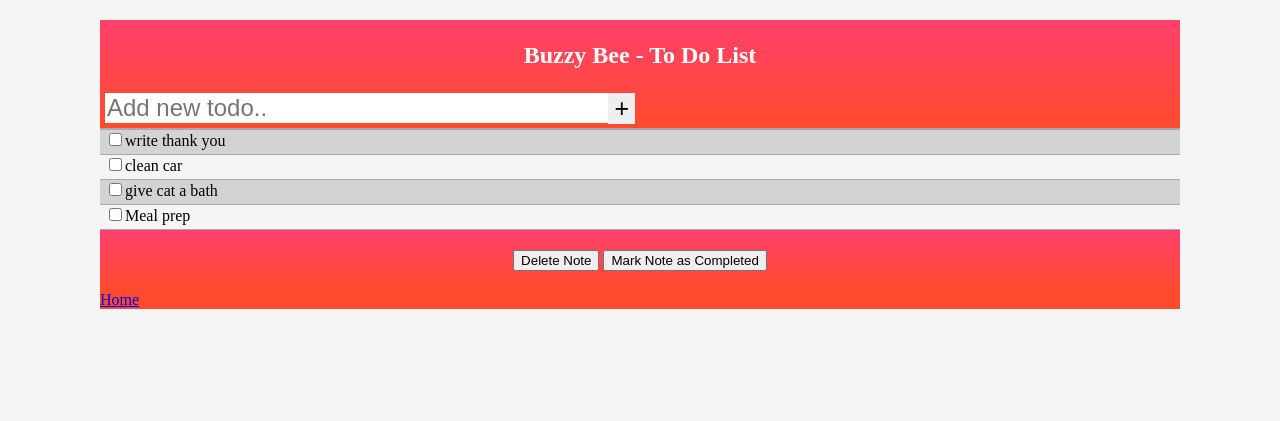
Repository: seleniadelgado/backend-spring2020-angie
Page: projects/todo/public_html/index.html
An editor plug-in stored every save of this project. The page is shown before and after the next save, followed by the edit.
The browser window is 1280 px wide. The pictures show the whole page.
The page's requests for data from a server got no answer.

Above is the page before, as saved 2020-05-12 22:26:55.

### projects/todo/public_html/index.html
<!DOCTYPE html>

<html lang="en">
    <head>
        <meta charset="utf-8">
        <title>Buzzy Bee - To Do List</title>
        <meta name="description" content="The HTML5 Herald">
        <meta name="author" content="SitePoint">
        <link rel="stylesheet" href="styles.css">
        <script
            src="https://code.jquery.com/jquery-3.5.0.min.js"
            integrity="sha256-xNzN2a4ltkB44Mc/Jz3pT4iU1cmeR0FkXs4pru/JxaQ="
            crossorigin="anonymous">
        </script>
</head>
<body>
    <main>
    <div class="sectionTitle">
        <div class="appTitle">
            <h2>Buzzy Bee - To Do List</h2>
        </div>
        <div id="addNote">
            <input type="text" id="newNote" placeholder="Add new todo..">
            <button id="addBtn" type="button">+</button>
        </div>
    </div>

    <ul id="myList">
        <li><label><input type="checkbox"><span>write thank you</span></label></li>
        <li><label><input type="checkbox"><span>clean car</span></label></li>
        <li><label><input type="checkbox"><span>give cat a bath</span></label></li>
        <li><label><input type="checkbox"><span>Meal prep</span></label></li>
    </ul>
    <div class="buttonsArea">
        <button type="button">Delete Note</button>
        <button type="button">Mark Note as Completed</button>
    </div>

</main>




















    <a href="http://localhost:3000/">Home</a>



    <script>
        $(document).ready(() => {
            let objectToSend = {
                note: "Do somethings",
                author: "Nick"
            }

            $.post("http://localhost:3000/newNote", objectToSend, (dataToGet) => {
                console.log(dataToGet);
            });
            $.post("http://localhost:3000/readNotes", {}, (dataToGet) => {
                let allNotesArray = dataToGet.notes;

                console.log(allNotesArray);
            })
        })

        //import the data from default user
        // make JSON into JS with parse.
        //with the list we want to populate our ul.
        //use jquery to access the dom, grab the string
        //loop over notes
        //add the note as an li to the ul
        //  Create li with jquery.
        //  target the ul with jquery and append the li.
        //note: $('<li></li>'')
        //      $('ul') -> a jquery list which holds the ul.
        //      get 1st element from the array

    </script>
</body>
</html>

### projects/todo/public_html/styles.css
:root {
    --main-color: linear-gradient(#FF416C, #FF4B2B);
    --background-color: whitesmoke;
}

html {
    background: var(--background-color);
    height: 100%;
}
* {
    box-sizing: border-box;
}
body {
    margin: 0px 100px 75px 100px;
    background: var(--main-color);
}

.sectionTitle {
    background: var(--main-color);
    text-align: center;
    border-bottom: 2px solid darkgray;
    margin-top: 0%;
}

.appTitle h2 {
    color: white;
    padding-top: 2%;
}
#addNote {
    display: flex;
    align-items: flex-start;
    padding: 5px;
    height: 30px;
    width: 50%;
    margin-bottom: 10px;
    font-family: 'Gill Sans', 'Gill Sans MT', Calibri, 'Trebuchet MS', sans-serif;
}
#addBtn {
    margin-left: 0%;
    font-size: 25px;
    color: none;
    border: none;
    background: light-grey;
}
#newNote {
    border: none;
    width: 100%;
    height: 150%;
    font-size: 24px;
}

#myList li:nth-child(odd) {
    background: lightgray;
  }
#myList {
    list-style: none;
    padding: 0px;
    margin-top: 0px;
    margin-bottom: 0px;
}

#myList li {
    cursor: pointer;
    height: 25px;
    border-bottom: 1px solid darkgray;
    background-color: whitesmoke;
    padding-left: 5px;
}
.buttonsArea {
    background: var(--main-color);
    text-align: center;
    padding: 20px;
}

After the next save:
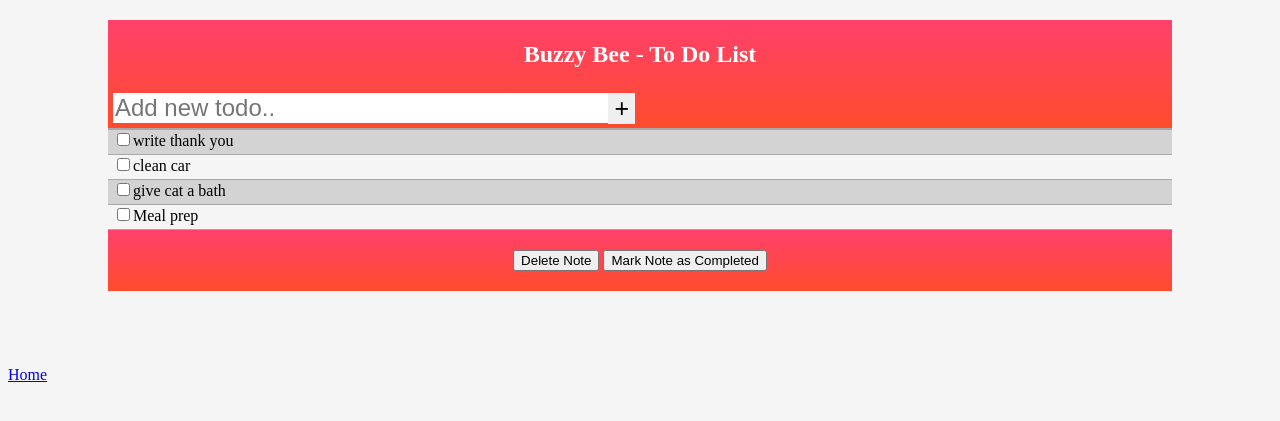
Saved 6 s later.
--- a/projects/todo/public_html/styles.css
+++ b/projects/todo/public_html/styles.css
@@ -10,9 +10,8 @@ html {
 * {
     box-sizing: border-box;
 }
-body {
+main {
     margin: 0px 100px 75px 100px;
-    background: var(--main-color);
 }
 
 .sectionTitle {
